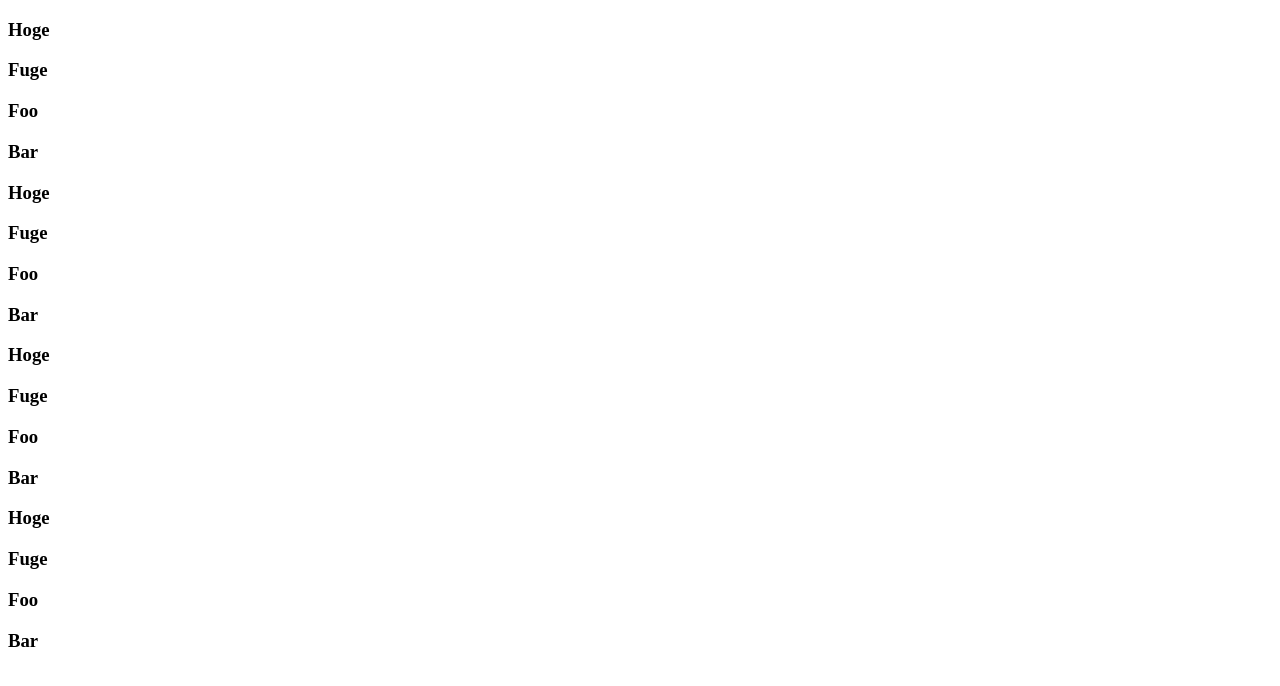
Repository: yoshi1924/samurai_HTML-CSS
Page: test.html
The author's editor kept a record of every edit. The page is drawn from the files as they stood at one moment, then again after the next edit.
The browser window is 1280 px wide. The pictures show the whole page.

Above is the page before.

After the next edit:
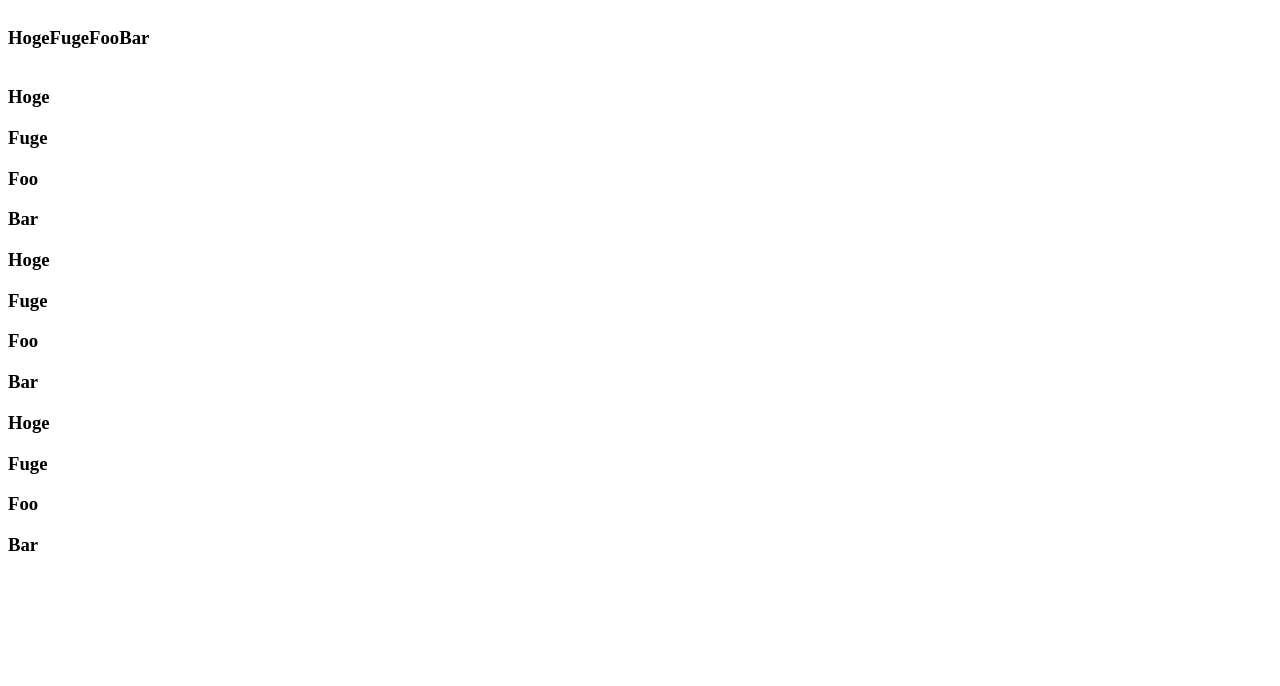
The edit:
--- a/test.html
+++ b/test.html
@@ -18,7 +18,7 @@
     </style>
 </head>
 <body>
-    <div id="sort">
+    <div id="no-wrap">
         <h3>Hoge</h3>
         <h3>Fuge</h3>
         <h3>Foo</h3>
